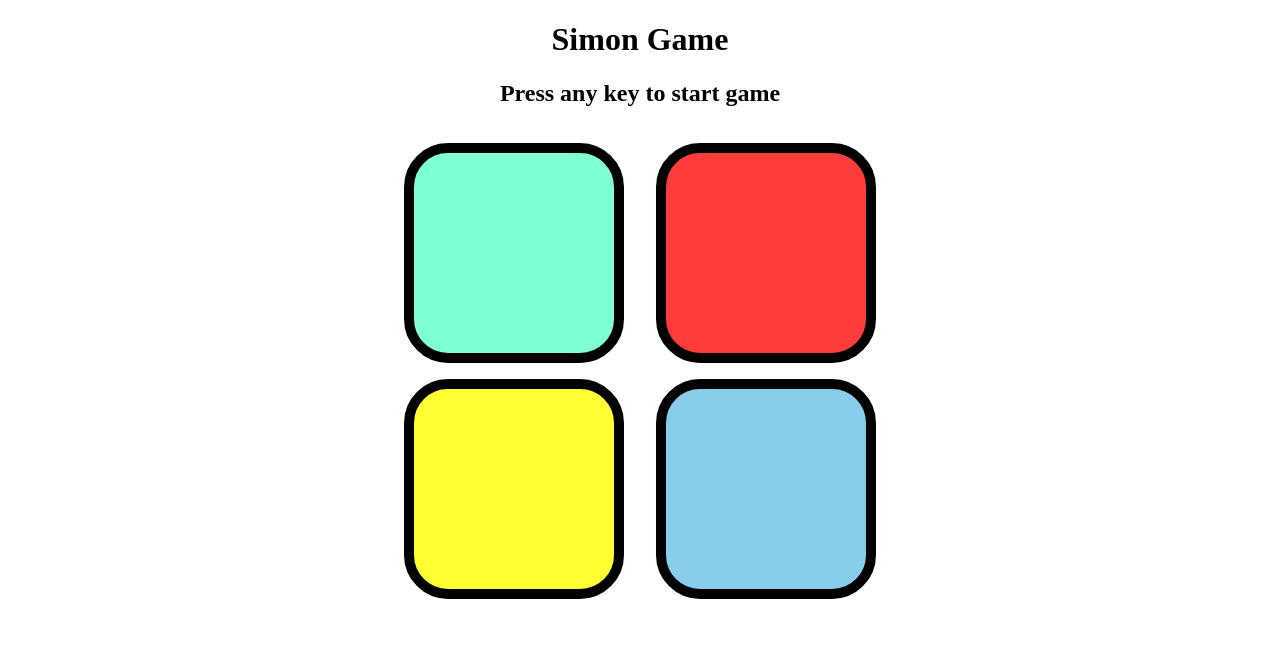
Repository: Ruchii02/javascript-mini-project
Page: index.html
An editor plug-in stored every save of this project. The page is shown before and after the next save, followed by the edit.
The browser window is 1280 px wide. The pictures show the whole page.

Above is the page before, as saved 2024-07-02 09:39:24.

### index.html
<!DOCTYPE html>
<html lang="en">
<head>
    <meta charset="UTF-8">
    <meta name="viewport" content="width=device-width, initial-scale=1.0">
    <title>Document</title>
    <link rel="stylesheet" href="style.css">
</head>
<body>
   <h1>Simon Game</h1>
   <h2>Press any key to start game</h2>
   <div class="btn-container">
    <div class="fline">
        <div class="btn green" type="button"></div>
        <div class="btn yellow" type="button"></div>
    </div>
    <div class="sline">
        <div class="btn red" type="button"></div>
        <div class="btn blue" type="button"></div>
    </div>
   </div>
   <script src="app.js"></script>
</body>
</html>

### style.css
body{
    text-align: center;
}
.btn{
    height: 200px;
    width: 200px;
    border-radius: 20%;
    border: 10px solid black;
    margin: 1rem;

}
.btn-container{
    display: flex;
    justify-content: center;

}
.yellow{
    background-color: rgba(255, 255, 0, 0.806);
}
.red{
    background-color:rgba(255, 0, 0, 0.763);
}
.green{
    background-color: aquamarine;
}
.blue{
    background-color: skyblue;
}

### app.js
let gameSeq=[];
let userSeq=[];
 let start = false;
 let level=0;
let btns =["yellow","green","red" , "blue"];
let h2= document.querySelector("h2");

 document.addEventListener("keypress" , function(){
   if(start==false){
    console.log("game started");
    start = true;

     levelup();
   }
 });

 function btnFlash(btn){
    btn.classList.add("flash");
    //let f = document.querySelector(".flash");
    //f.background-color(white);
    setTimeout(function() {
      btn.classList.remove("flash")

    } , 1000);
 }

 function levelup(){
    level++;
    h2.innerText=`Level ${level}`;
     let ranInd = Math.floor(Math.random()*3);
     let ranCol= btns[ranInd];
     let ranBtn = document.querySelector(`.${ranCol}`);
     btnFlash(ranBtn);
    }

After the next save:
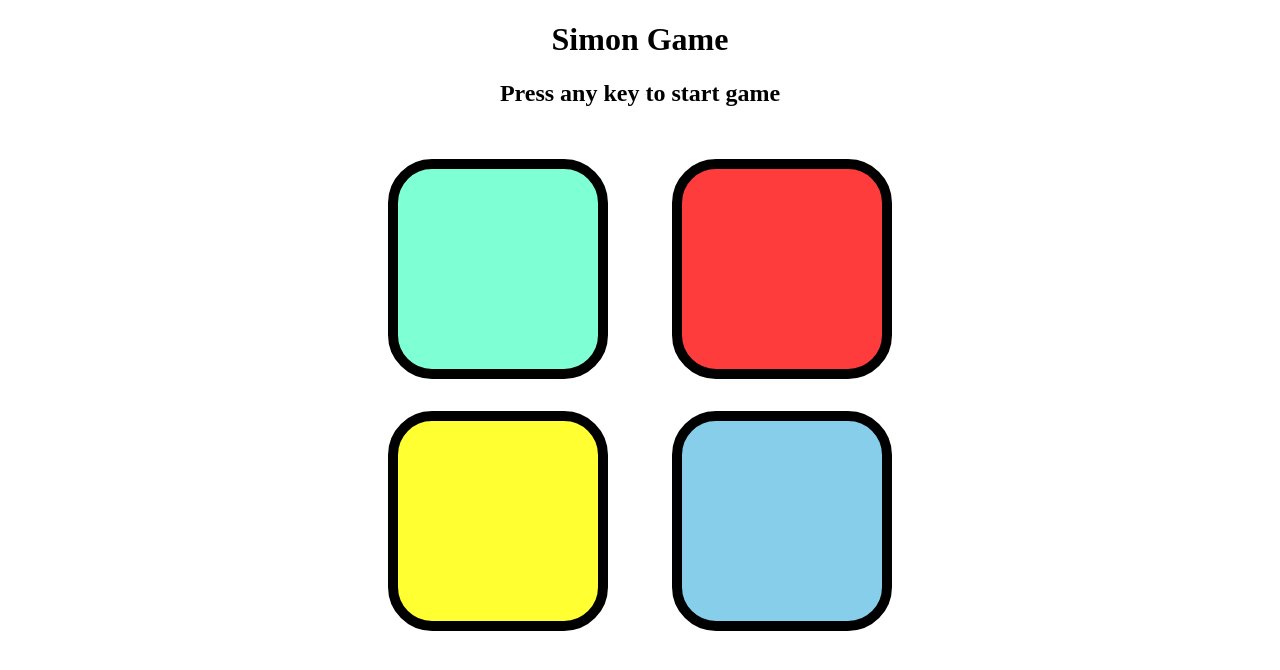
Saved 22 s later.
--- a/style.css
+++ b/style.css
@@ -6,7 +6,7 @@
     width: 200px;
     border-radius: 20%;
     border: 10px solid black;
-    margin: 1rem;
+    margin: 2rem;
 
 }
 .btn-container{

After the save that followed:
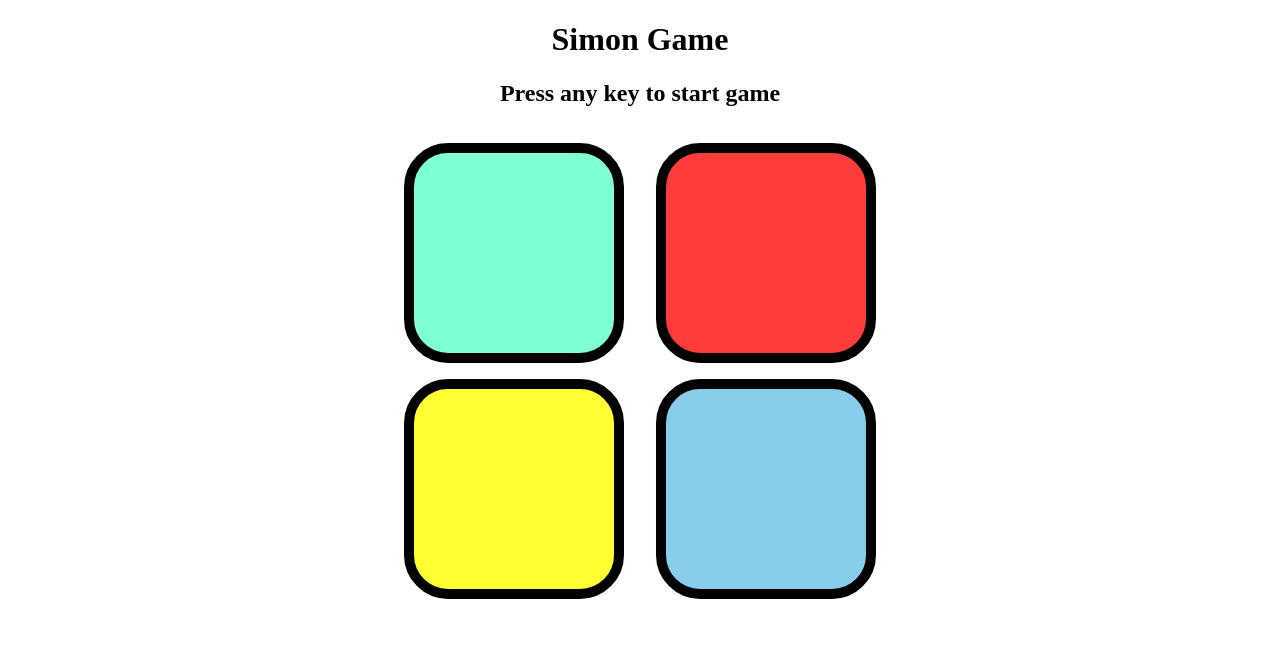
Saved 19 s later.
--- a/style.css
+++ b/style.css
@@ -6,7 +6,7 @@
     width: 200px;
     border-radius: 20%;
     border: 10px solid black;
-    margin: 2rem;
+    margin: 1rem;
 
 }
 .btn-container{
